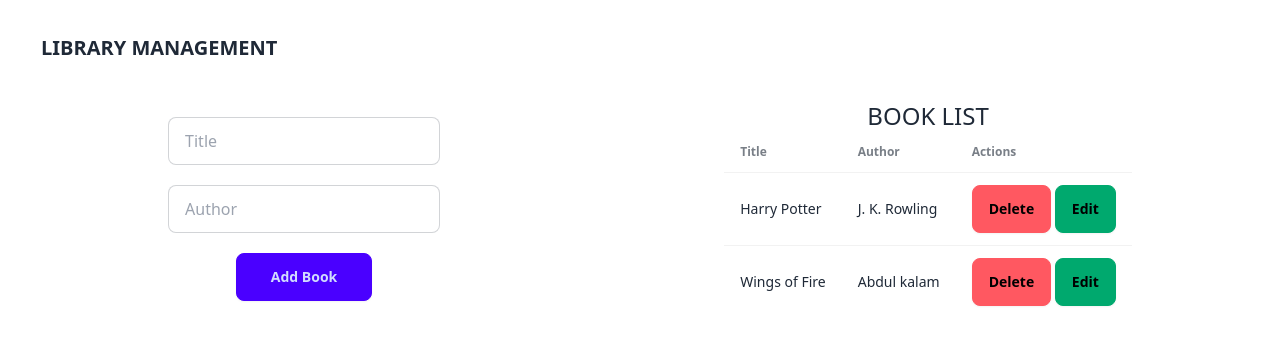
Repository: sibi24sibi/Crud-app-svelte
Page: /
An editor plug-in stored every save of this project. The page is shown before and after the next save, followed by the edit.
The browser window is 1280 px wide. The pictures show the whole page.
The project was rebuilt for these pictures with package versions that can differ from the ones it lists, and the page was loaded fresh each time. Also part of the build but not shown: svelte.config.js, vite.config.js.

Above is the page before, as saved 2024-07-01 16:42:49.

### index.html
<!doctype html>
<html lang="en" >
  <head>
    <meta charset="UTF-8" />
    <link rel="icon" type="image/svg+xml" href="/vite.svg" />
    <meta name="viewport" content="width=device-width, initial-scale=1.0" />
    <title>Vite + Svelte</title>
  </head>
  <body>
    <div id="app"></div>
    <script type="module" src="/src/main.js"></script>
  </body>
</html>

### src/App.svelte
<script>
  import Navbar from "./Components/Navbar.svelte";

  import AddBook from "./Components/AddBook.svelte";
  import BookList from "./Components/BookList.svelte";
</script>

<main>
  <Navbar />
  <div class="flex">
    <AddBook />
    <BookList />
  </div>
</main>

<style>
  main {
    text-align: center;
    padding: 1em;
    margin: 0 auto;
  }
</style>

### src/Components/Navbar.svelte
<script></script>

<body>
  <div class="navbar bg-base-100">
    <div class="flex-1">
      <a class="btn btn-ghost text-xl">LIBRARY MANAGEMENT</a>
    </div>
    <div class="flex-none">
      <ul class="menu menu-horizontal px-1"></ul>
    </div>
  </div>
</body>

<style>
</style>

### src/Components/AddBook.svelte
<script>
  import { books } from "./BookStore.js";
  let title = "";
  let author = "";

  function addBook() {
    books.update((items) => [
      ...items,
      { id: items.length ? items[items.length - 1].id + 1 : 1, title, author },
    ]);
    title = "";
    author = "";
  }
</script>

<div class="flex flex-col mx-auto gap-5 justify-center p-5 items-center w-1/4">
  <input
    placeholder="Title"
    class="input input-bordered w-full max-w-xs"
    bind:value={title}
  />
  <input
    placeholder="Author"
    class="input input-bordered w-full max-w-xs"
    bind:value={author}
  />
  <button class="btn btn-primary w-1/2" on:click={addBook}>Add Book</button>
</div>

### src/Components/BookList.svelte
<script>
  import { books } from "./BookStore.js";
  let editableBook = null;

  function deleteBook(id) {
    books.update((items) => items.filter((item) => item.id !== id));
  }

  function editBook(book) {
    editableBook = { ...book };
  }

  function saveEdit() {
    books.update((items) =>
      items.map((item) => (item.id === editableBook.id ? editableBook : item))
    );
    editableBook = null;
  }
</script>

<div class="overflow-x-auto max-w-3xl mx-auto my-5">
  <h1 class="text-2xl uppercase">Book List</h1>
  <table class="table">
    <thead>
      <tr>
        <th>Title</th>
        <th>Author</th>
        <th>Actions</th>
      </tr>
    </thead>
    <tbody>
      {#each $books as book}
        <tr>
          {#if editableBook && editableBook.id === book.id}
            <td
              ><input
                class="input input-bordered"
                bind:value={editableBook.title}
              /></td
            >

            <td>
              <input
                class="input input-bordered"
                bind:value={editableBook.author}
              /></td
            >
            <td>
              <button class="btn btn-primary" on:click={saveEdit}>Save</button
              ></td
            >
          {:else}
            <td>{book.title} </td> <td> {book.author} </td>
            <td
              ><button
                class="btn btn-error"
                on:click={() => deleteBook(book.id)}>Delete</button
              >
              <button class="btn btn-success" on:click={() => editBook(book)}
                >Edit</button
              ></td
            >
          {/if}
        </tr>
      {/each}
    </tbody>
  </table>
</div>

### src/Components/BookStore.js
import { writable } from "svelte/store";

export const books = writable([
  { id: 1, title: "Harry Potter ", author: "J. K. Rowling" },
  { id: 2, title: "Wings of Fire", author: "Abdul kalam" },
]);

### tailwind.config.js
/** @type {import('tailwindcss').Config} */
export default {
  content: ["./index.html", "./src/**/*.{svelte,js,ts,jsx,tsx}"],
  theme: {
    extend: {},
  },
  plugins: [require("daisyui")],
};

Loaded but not shown: src/main.js (common file); src/app.css (common file)

After the next save:
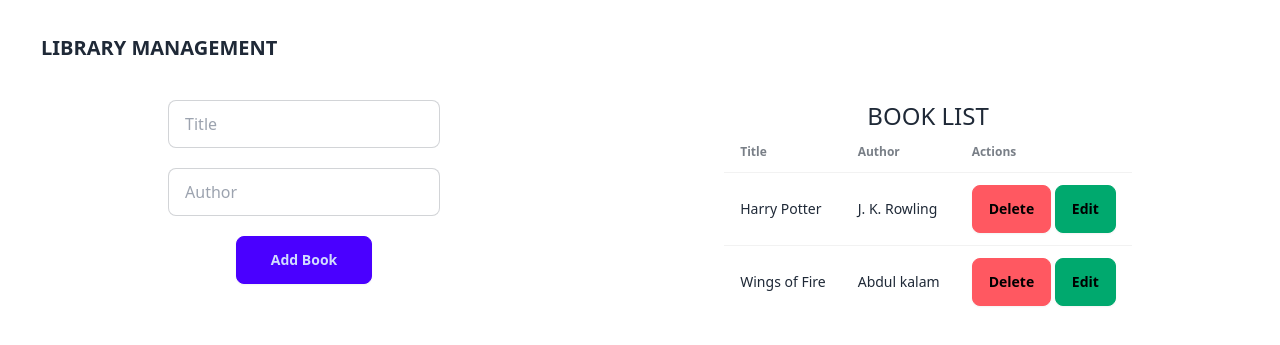
Saved 2 min 6 s later.
--- a/src/Components/AddBook.svelte
+++ b/src/Components/AddBook.svelte
@@ -13,7 +13,9 @@
   }
 </script>
 
-<div class="flex flex-col mx-auto gap-5 justify-center p-5 items-center w-1/4">
+<div
+  class="flex flex-col mx-auto gap-5 justify-center p-5 items-center h-fit w-1/4"
+>
   <input
     placeholder="Title"
     class="input input-bordered w-full max-w-xs"
